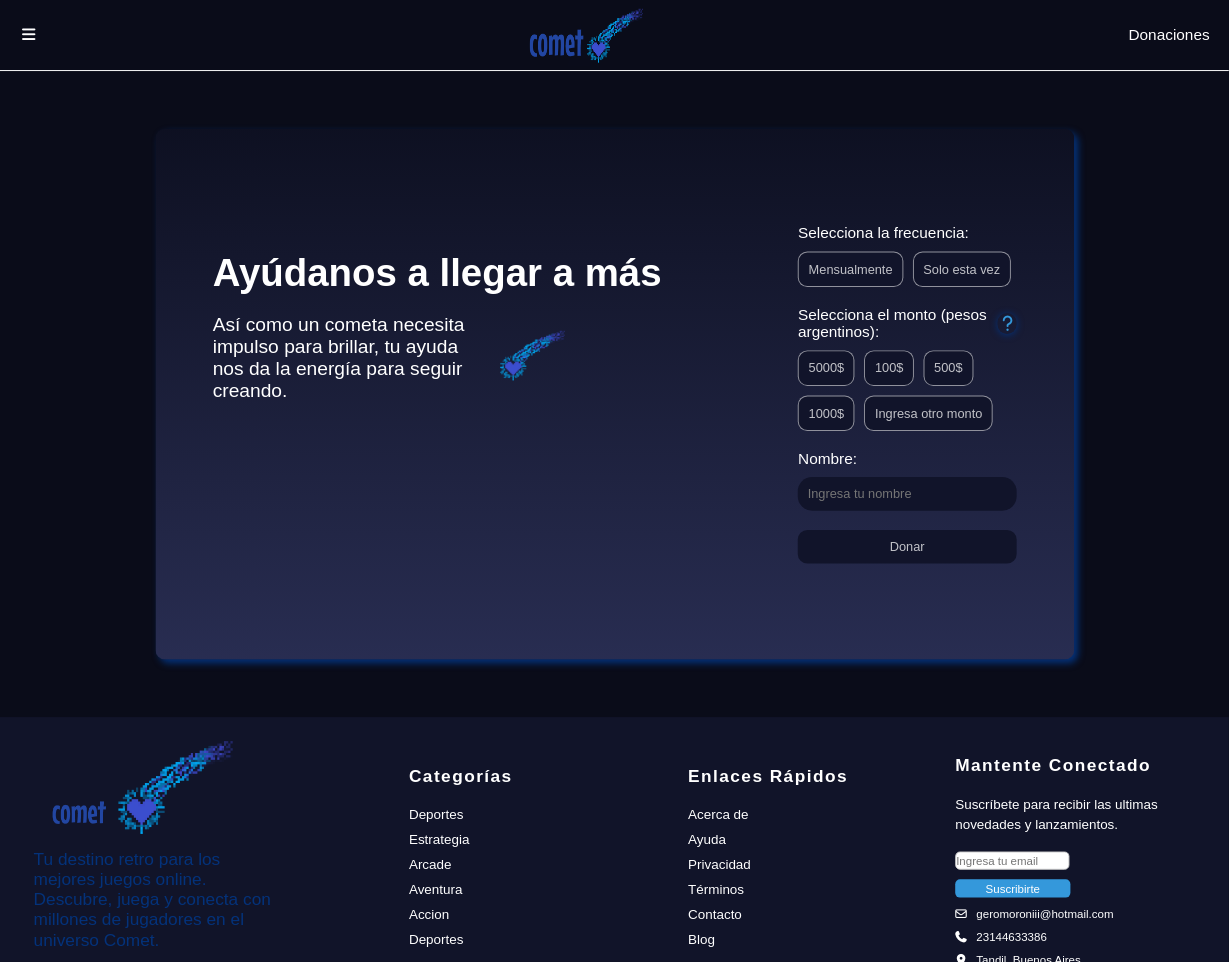
Repository: NahuCaporale/Interfaces
Page: TP2/donaciones.html
These files come from the project's save history. The page is drawn as it stood at one moment and after the next save; the edit follows.
The browser window is 1280 px wide. The pictures show the whole page, at 96% of full size.
Some web fonts or font styles are not loaded; a fallback is used. Some web libraries are served in a nearby version.

Above is the page before, as saved 2025-09-29 20:53:44.

After the next save:
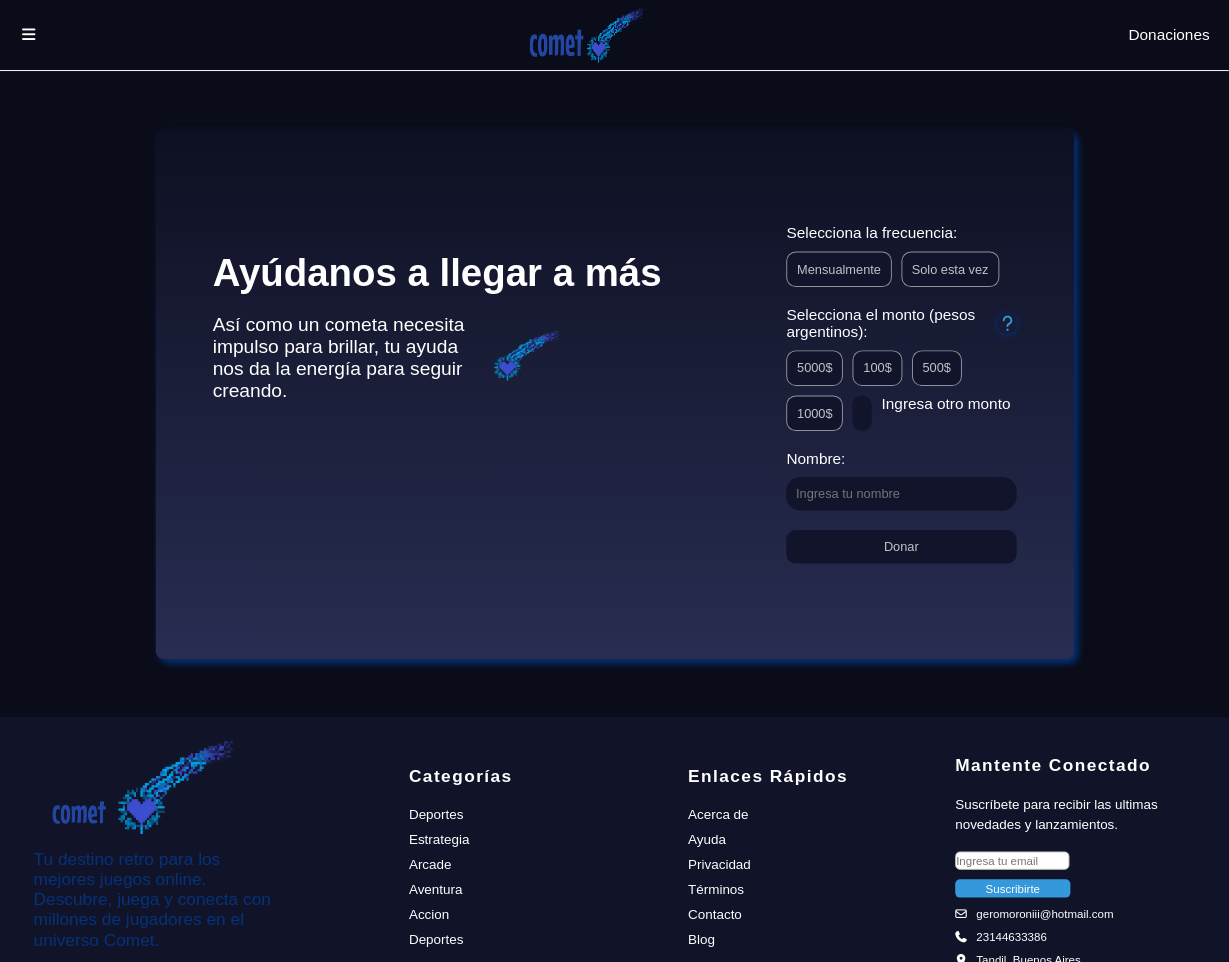
Saved 16 min 18 s later.
--- a/TP2/donaciones.html
+++ b/TP2/donaciones.html
@@ -60,7 +60,7 @@
                             <button type="button">100$</button>
                             <button type="button">500$</button>
                             <button type="button">1000$</button>
-                            <button type="button">Ingresa otro monto</button>
+                            <input type="button">Ingresa otro monto</input>
                         </div>
                     </div>
                     <div class="nombre">
